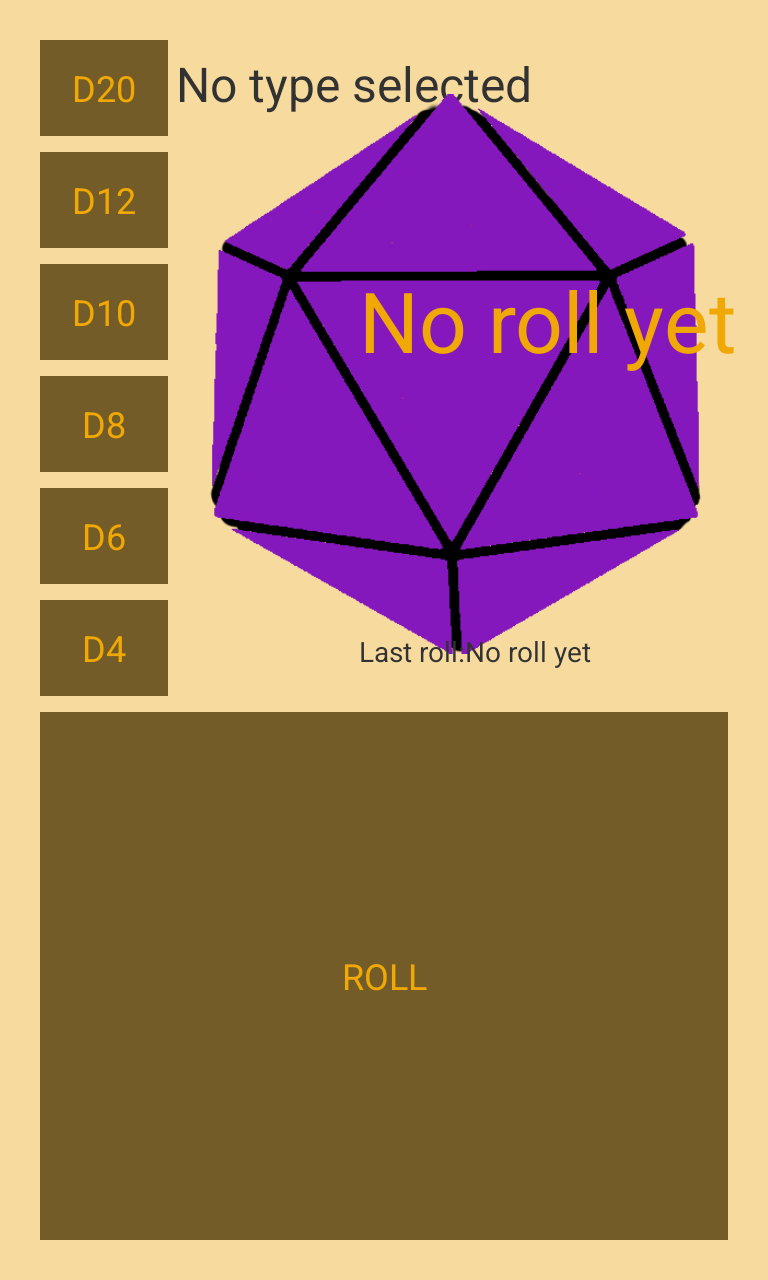
Repository: Bjodol/Roller
Layout: Roller3/res/layout/activity_main.xml
The author's editor kept a copy of each file at every save. The layout is drawn from the files as they stood at one save, then again after the next save.
It is drawn on a 768 x 1280 px phone screen (xhdpi) without system bars, with theme AppTheme; the app's code is not run. The app's manifest (not shown) leaves right-to-left support off. So textAlignment, textDirection and layoutDirection are ignored, and left and right values win over start and end ones.

Above is the layout before, as saved 2013-08-31 09:40:11.

After the next save:
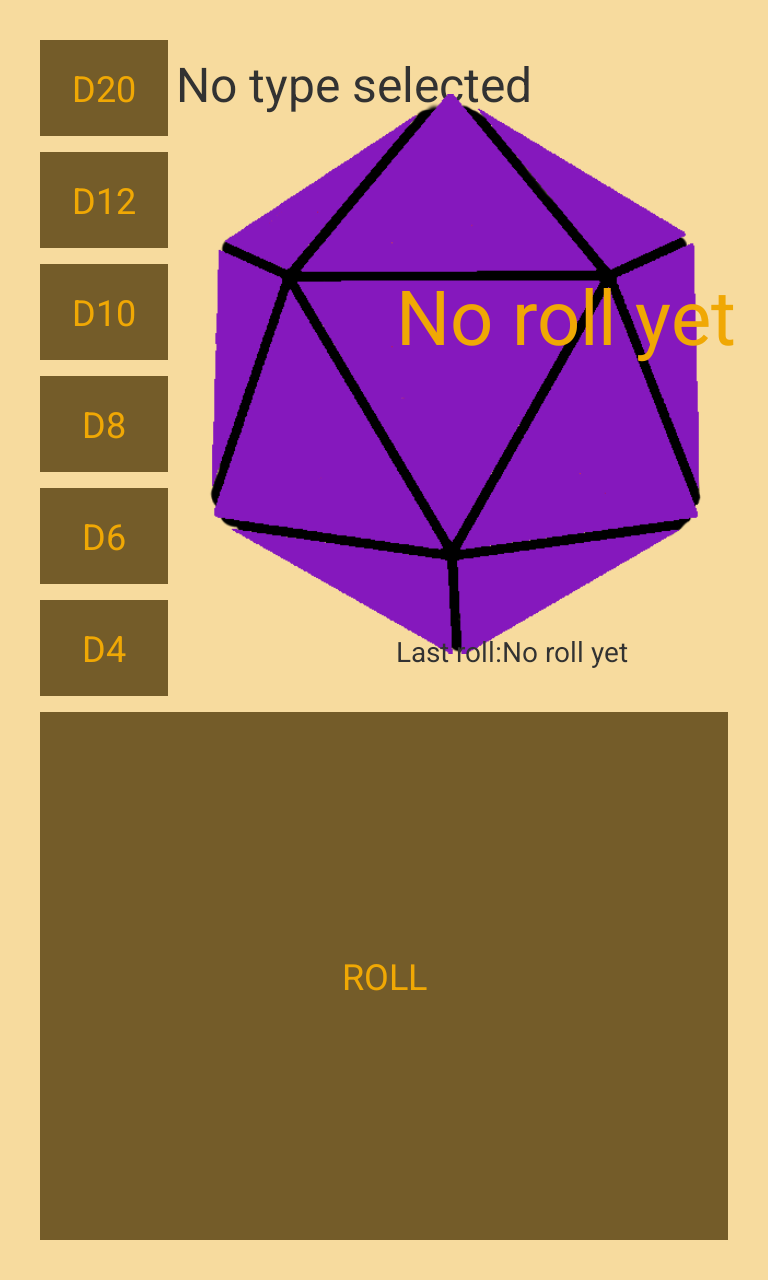
Saved 7 s later.
--- a/Roller3/res/layout/activity_main.xml
+++ b/Roller3/res/layout/activity_main.xml
@@ -143,6 +143,6 @@
         android:text="@string/noRolls"
         android:textAlignment="center"
         android:textColor="@color/Bronze"
-        android:textSize="42sp" />
+        android:textSize="38sp" />
 
 </RelativeLayout>
